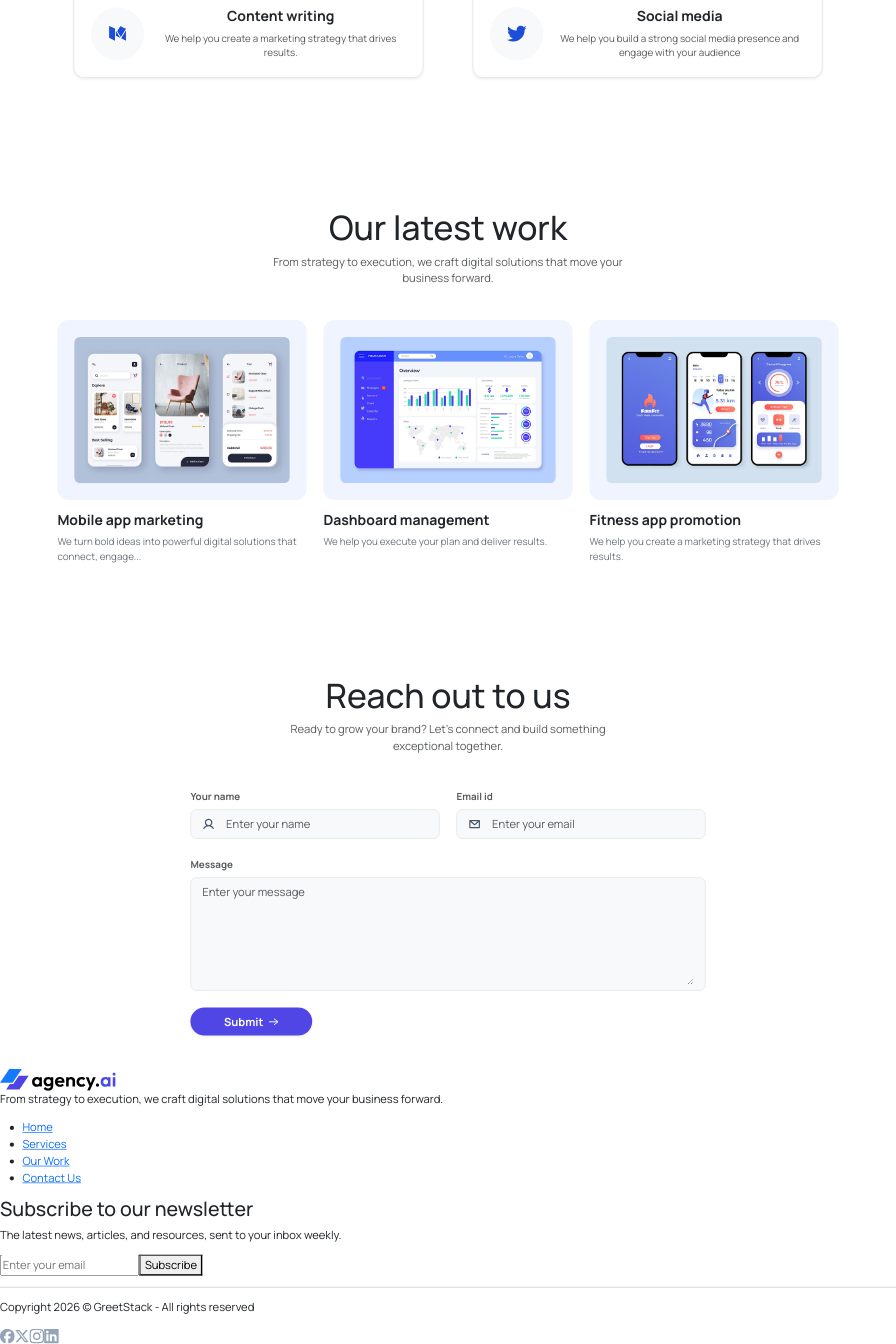
Repository: RAMADAN975/modern-agency-portfolio
Page: /
These files come from the project's save history. The page is drawn as it stood at one moment and after the next save; the edit follows.
The browser window is 1280 px wide. The pictures show the part of the page from y = 1665 to 3585 px (the page is 3585 px tall before and 3554 px after), at 70% of full size.
The project was rebuilt for these pictures with package versions that can differ from the ones it lists, and the page was loaded fresh each time. Also part of the build but not shown: vite.config.js.

Above is the page before, as saved 2026-03-24 23:19:26.

### index.html
<!doctype html>
<html lang="en" class="scroll-smooth">

<head>
  <meta charset="UTF-8" />
  <link rel="icon" type="image/svg+xml" href="/favicon.svg" />
  <meta name="viewport" content="width=device-width, initial-scale=1.0" />
  <title>Agency.AI - GreatStack</title>
</head>

<body>
  <div id="root"></div>
  <script type="module" src="/src/main.jsx"></script>
</body>

</html>

### src/main.jsx
import { StrictMode } from 'react'
import { createRoot } from 'react-dom/client'
import 'bootstrap/dist/css/bootstrap.min.css';
import './index.css'
import App from './App.jsx'

createRoot(document.getElementById('root')).render(
  <StrictMode>
    <App />
  </StrictMode>,
)

### src/App.jsx
import { useState } from 'react'
import Navbar from './Components/navbar'
import Hero from './Components/Hero'
import TrustedBy from './Components/TrustedBy'
import Services from './Components/Services'
import OutWork from './Components/OurWork'
import ContactUs from './Components/ContactUs'
import { Toaster } from 'react-hot-toast'
import Footer from './Components/Footer'

const App = () => {

  const [theme, setTheme] = useState(localStorage.getItem('theme') ? localStorage.getItem('theme') : 'light')

  return (
    <div className='dark:bg-black relative'>
      <Toaster />
      <Navbar theme={theme} setTheme={setTheme} />
      <Hero />
      <TrustedBy />
      <Services />
      <OutWork />
      <ContactUs />
      <Footer theme={theme} />
    </div>
  )
}

export default App

### src/Components/Hero.jsx
import React from 'react'
import assets from '../assets/assets'

const Hero = () => {
    return (
        // تم استخدام d-flex flex-column للترتيب، و py-5 للمسافات
        <div id='hero' className="d-flex flex-column align-items-center gap-4 py-5 px-3 text-center w-100 overflow-hidden text-secondary">

            {/* الشارة العليا - Trusted Badge */}
            <zdiv className="d-inline-flex align-items-center gap-2 border border-secondary-subtle p-1 pe-3 rounded-pill bg-body">
                <img style={{ width: '80px' }} src={assets.group_profile} alt="" />
                <p className="mb-0 small fw-medium">Trusted by 10k+ people</p>
            </zdiv>

            {/* العنوان الرئيسي - Heading */}
            <h1 className="display-4 fw-bold lh-sm mt-3" style={{ maxWidth: '800px' }}>
                Turning imagination into <br />
                <span className="text-gradient">digital</span> impact.
            </h1>

            {/* الوصف - Description */}
            <p className="text-secondary fw-medium mx-auto pb-3" style={{ maxWidth: '500px', fontSize: '1.1rem' }}>
                Creating meaningful connections and turning big ideas into interactive digital experiences.
            </p>

            {/* منطقة الصور - Image Section */}
            <div className="position-relative w-100 d-flex justify-content-center">
                {/* الصورة الأساسية */}
                <img src={assets.hero_img} alt="Hero" className="img-fluid position-relative z-1" style={{ maxWidth: '1000px' }} />

                {/* الصورة الزرقاء (الخلفية) - تم استخدام اختصارات الموضع */}
                {/* <img
                    src={assets.bgImage1}
                    alt=""
                    className="position-absolute top-0 end-0 translate-middle-y z-n1 d-none d-md-block"
                    style={{ width: '50%', opacity: 0.6, right: '-10%', pointerEvents: 'none' }}
                /> */}
            </div>

        </div>
    )
}

export default Hero

### src/Components/TrustedBy.jsx
import React from 'react'
import { company_logos } from '../assets/assets'

const TrustedBy = () => {
    return (
        <div className="container text-center py-5 mt-4">
            {/* p-small و fw-medium لاختصار العنوان */}
            <p className="text-secondary mb-5" style={{ fontSize: '14px', letterSpacing: '0.5px' }}>
                Trusted by Leading Companies
            </p>

            {/* d-flex مع gap-5 لتوزيع الشعارات بوضوح وقوة لون كاملة */}
            <div className="d-flex flex-wrap justify-content-center align-items-center gap-4 gap-md-5">
                {company_logos.map((logo, index) => (
                    <img
                        key={index}
                        src={logo}
                        alt="brand"
                        style={{ height: '22px', width: 'auto', objectFit: 'contain' }}
                    />
                ))}
            </div>
        </div>
    )
}

export default TrustedBy

### src/Components/Services.jsx
import React from 'react'
import assets from '../assets/assets'
import Title from './Title'
import ServiceCard from './ServiceCard'

const Services = () => {

    const servicesData = [
        {
            title: 'Advertising',
            description: 'We turn bold ideas into powerful digital solutions that connect, engage...',
            icon: assets.ads_icon
        },
        {
            title: 'Content marketing',
            description: 'We help you execute your plan and deliver results.',
            icon: assets.marketing_icon
        },
        {
            title: 'Content writing',
            description: 'We help you create a marketing strategy that drives results.',
            icon: assets.content_icon
        },
        {
            title: 'Social media',
            description: 'We help you build a strong social media presence and engage with your audience',
            icon: assets.social_icon
        },
    ]

    return (
        <div id="services" className="position-relative text-center text-dark py-5">

            {/* <img
                src={assets.bgImage2}
                alt=""
                className="position-absolute top-50 start-50 translate-middle bg-image"
                style={{ zIndex: -1 }}
            /> */}

            <div className="container">

                <Title
                    title="How can we help?"
                    desc="From strategy to execution, we craft digital solutions that move your business forward."
                />

                <div className="row justify-content-center mt-4">
                    {servicesData.map((service, index) => (
                        <div key={index} className="col-12 col-md-6 mb-4">
                            <ServiceCard service={service} index={index} />
                        </div>
                    ))}
                </div>

            </div>
        </div>
    )
}

export default Services

### src/Components/OurWork.jsx
import React from 'react'
import Title from './Title'
import assets from '../assets/assets'

const OutWork = () => {

    const workData = [
        {
            title: 'Mobile app marketing',
            description: 'We turn bold ideas into powerful digital solutions that connect, engage...',
            image: assets.work_mobile_app
        },
        {
            title: 'Dashboard management',
            description: 'We help you execute your plan and deliver results.',
            image: assets.work_dashboard_management
        },
        {
            title: 'Fitness app promotion',
            description: 'We help you create a marketing strategy that drives results.',
            image: assets.work_fitness_app
        },
    ]

    return (
        <div id='our-work' className="container py-5 my-5">
            {/* مكون العنوان الرئيسي */}
            <Title
                title='Our latest work'
                desc='From strategy to execution, we craft digital solutions that move your business forward.'
            />

            {/* شبكة الأعمال باستخدام Row و Col الخاصة ببوتستراب */}
            <div className="row g-4 mt-4">
                {workData.map((work, index) => (
                    <div key={index} className="col-12 col-md-6 col-lg-4">
                        <div className="h-100 border-0">

                            {/* حاوية الصورة: خلفية زرقاء خفيفة، حواف دائرية، وتوسيط محتوى */}
                            <div className="d-flex justify-content-center align-items-center p-4 mb-3 rounded-4"
                                style={{ backgroundColor: '#F0F4FF' }}>
                                <img
                                    src={work.image}
                                    className="img-fluid rounded-3"
                                    alt={work.title}
                                />
                            </div>

                            {/* النصوص أسفل الصورة */}
                            <div className="text-start">
                                <h3 className="h5 fw-bold mb-2">{work.title}</h3>
                                <p className="text-secondary small lh-base">{work.description}</p>
                            </div>
                        </div>
                    </div>
                ))}
            </div>
        </div>
    )
}

export default OutWork

### src/Components/Footer.jsx
import React from 'react'
import assets from '../assets/assets'

const Footer = ({ theme }) => {
    return (
        <div className=''>
            {/* footer top */}
            <div className=''>
                <div className=''>
                    <img src={theme === 'dark' ? assets.logo_dark : assets.logo} className='' alt="" />
                    <p className=''>From strategy to execution, we craft digital solutions that move your business forward.</p>

                    <ul className=''>
                        <li><a className='' href="#hero">Home</a></li>
                        <li><a className='' href="#services">Services</a></li>
                        <li><a className='' href="#our-work">Our Work</a></li>
                        <li><a className='' href="#contact-us">Contact Us</a></li>
                    </ul>
                </div>
                <div className=''>
                    <h3 className=''>Subscribe to our newsletter</h3>
                    <p className=''>The latest news, articles, and resources, sent to your inbox weekly.</p>
                    <div className=''>
                        <input type="email" placeholder='Enter your email' className='' />
                        <button className=''>Subscribe</button>
                    </div>
                </div>
            </div>
            <hr className='' />

            {/* footer bottom */}
            <div className=''>
                <p className=''>Copyright 2026 © GreetStack - All rights reserved</p>
                <div className=''>
                    <img src={assets.facebook_icon} alt="" />
                    <img src={assets.twitter_icon} alt="" />
                    <img src={assets.instagram_icon} alt="" />
                    <img src={assets.linkedin_icon} alt="" />
                </div>
            </div>
        </div>
    )
}

export default Footer

### src/Components/ThemeToggleBtn.jsx
import { useEffect } from 'react'
import assets from '../assets/assets'

const ThemeToggleBtn = ({ theme, setTheme }) => {

    useEffect(() => {
        // التحقق من التفضيل المحفوظ أو تفضيل النظام
        const savedTheme = localStorage.getItem('theme');
        const prefersDarkMode = window.matchMedia('(prefers-color-scheme: dark)').matches;

        const initialTheme = savedTheme || (prefersDarkMode ? 'dark' : 'light');
        setTheme(initialTheme);
    }, []);

    useEffect(() => {
        if (theme) {
            // بوتستراب v5.3 يعتمد على سمة data-bs-theme بدلاً من كلاس dark
            document.documentElement.setAttribute('data-bs-theme', theme);

            // للحفاظ على التوافق مع أي تنسيقات قديمة تعتمد على الكلاس
            if (theme === 'dark') {
                document.documentElement.classList.add('dark');
            } else {
                document.documentElement.classList.remove('dark');
            }

            localStorage.setItem('theme', theme);
        }
    }, [theme]);

    return (
        <button className="btn p-0 border-0 shadow-none" type="button">
            {theme === 'dark' ? (
                <img
                    onClick={() => setTheme('light')}
                    src={assets.sun_icon}
                    className="border border-secondary rounded-circle p-1"
                    style={{ width: '34px', height: '34px', objectFit: 'contain' }}
                    alt="Light Mode"
                />
            ) : (
                <img
                    onClick={() => setTheme('dark')}
                    src={assets.moon_icon}
                    className="border border-secondary rounded-circle p-1"
                    style={{ width: '34px', height: '34px', objectFit: 'contain' }}
                    alt="Dark Mode"
                />
            )}
        </button>
    )
}

export default ThemeToggleBtn;

### src/Components/Title.jsx
import React from 'react'

const Title = ({ title, desc }) => {
    return (
        <div className="text-center">
            <h2 className="fw-medium display-5">{title}</h2>
            <p className="mx-auto text-muted mb-4" style={{ maxWidth: "500px" }}>
                {desc}
            </p>
        </div>
    )
}

export default Title

### src/Components/ServiceCard.jsx
import React, { useRef, useState } from 'react'

const ServiceCard = ({ service, index }) => {

    const [position, setPosition] = useState({ x: 0, y: 0 })
    const [visible, setVisible] = useState(false)

    const divRef = useRef(null)

    const handleMouseMove = (e) => {
        const bounds = divRef.current.getBoundingClientRect()
        setPosition({
            x: e.clientX - bounds.left,
            y: e.clientY - bounds.top
        })
    }

    return (
        <div
            className="position-relative overflow-hidden card shadow-sm border mb-3 mx-auto"
            style={{ maxWidth: "500px", borderRadius: "15px" }}
            onMouseEnter={() => setVisible(true)}
            onMouseLeave={() => setVisible(false)}
            onMouseMove={handleMouseMove}
            ref={divRef}
        >

            {/* Glow Effect */}
            <div
                className="position-absolute rounded-circle"
                style={{
                    width: "300px",
                    height: "300px",
                    background: "linear-gradient(to right, #0d6efd, #6610f2, #6f42c1)",
                    filter: "blur(100px)",
                    top: position.y - 150,
                    left: position.x - 150,
                    opacity: visible ? 0.6 : 0,
                    transition: "opacity 0.5s",
                    zIndex: 0
                }}
            />

            <div className="d-flex align-items-center p-4 position-relative" style={{ zIndex: 1 }}>

                <div className="bg-light rounded-circle p-2 me-3">
                    <img
                        src={service.icon}
                        alt=""
                        style={{ width: "60px", height: "60px", borderRadius: "50%" }}
                    />
                </div>

                <div className="flex-grow-1">
                    <h5 className="fw-bold">{service.title}</h5>
                    <p className="mb-0 small text-muted">{service.description}</p>
                </div>

            </div>

        </div>
    )
}

export default ServiceCard

Loaded but not shown: src/assets/assets.js (82 lines, source omitted); src/Components/ContactUs.jsx (77 lines, source omitted); src/index.css (140 lines, source omitted); src/Components/navbar.jsx (57 lines, source omitted)

After the next save:
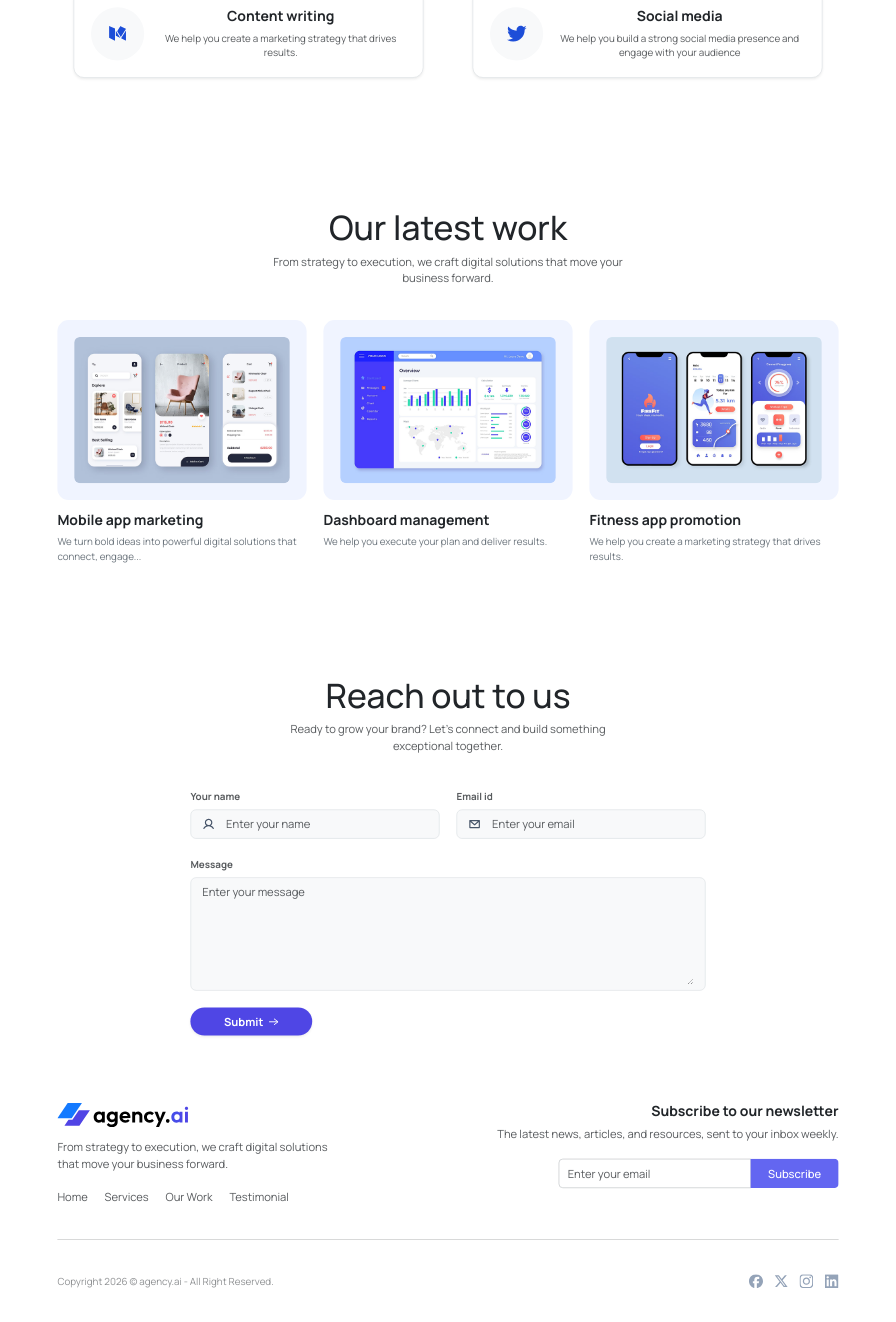
Saved 6 min 10 s later.
--- a/src/Components/Footer.jsx
+++ b/src/Components/Footer.jsx
@@ -3,39 +3,68 @@
 
 const Footer = ({ theme }) => {
     return (
-        <div className=''>
-            {/* footer top */}
-            <div className=''>
-                <div className=''>
-                    <img src={theme === 'dark' ? assets.logo_dark : assets.logo} className='' alt="" />
-                    <p className=''>From strategy to execution, we craft digital solutions that move your business forward.</p>
+        <div className={`container-fluid py-5 ${theme === 'dark' ? 'bg-dark text-white' : 'bg-white text-dark'}`}>
+            <div className="container">
+                {/* الجزء العلوي - Footer Top */}
+                <div className="row gy-5 align-items-start">
 
-                    <ul className=''>
-                        <li><a className='' href="#hero">Home</a></li>
-                        <li><a className='' href="#services">Services</a></li>
-                        <li><a className='' href="#our-work">Our Work</a></li>
-                        <li><a className='' href="#contact-us">Contact Us</a></li>
-                    </ul>
-                </div>
-                <div className=''>
-                    <h3 className=''>Subscribe to our newsletter</h3>
-                    <p className=''>The latest news, articles, and resources, sent to your inbox weekly.</p>
-                    <div className=''>
-                        <input type="email" placeholder='Enter your email' className='' />
-                        <button className=''>Subscribe</button>
+                    {/* الجهة اليسرى: اللوجو والروابط */}
+                    <div className="col-md-6 text-start">
+                        <img
+                            src={theme === 'dark' ? assets.logo_dark : assets.logo}
+                            className="mb-3"
+                            alt="Logo"
+                            style={{ height: '35px' }}
+                        />
+                        <p className="opacity-75 mb-4" style={{ maxWidth: '400px' }}>
+                            From strategy to execution, we craft digital solutions that move your business forward.
+                        </p>
+
+                        <ul className="list-unstyled d-flex gap-4 mb-0">
+                            <li><a className="text-decoration-none text-reset opacity-75" href="#hero">Home</a></li>
+                            <li><a className="text-decoration-none text-reset opacity-75" href="#services">Services</a></li>
+                            <li><a className="text-decoration-none text-reset opacity-75" href="#our-work">Our Work</a></li>
+                            <li><a className="text-decoration-none text-reset opacity-75" href="#contact-us">Testimonial</a></li>
+                        </ul>
+                    </div>
+
+                    {/* الجهة اليمنى: الاشتراك في النشرة البريدية */}
+                    <div className="col-md-6 text-md-end text-start">
+                        <h5 className="fw-bold mb-2">Subscribe to our newsletter</h5>
+                        <p className="opacity-75 mb-4">The latest news, articles, and resources, sent to your inbox weekly.</p>
+
+                        <div className="d-flex justify-content-md-end">
+                            <div className="input-group" style={{ maxWidth: '400px' }}>
+                                <input
+                                    type="email"
+                                    placeholder="Enter your email"
+                                    className={`form-control border-secondary-subtle py-2 shadow-none ${theme === 'dark' ? 'bg-transparent text-white' : ''}`}
+                                />
+                                <button
+                                    className="btn px-4 fw-medium text-white"
+                                    style={{ backgroundColor: '#6366f1' }}
+                                >
+                                    Subscribe
+                                </button>
+                            </div>
+                        </div>
                     </div>
                 </div>
-            </div>
-            <hr className='' />
 
-            {/* footer bottom */}
-            <div className=''>
-                <p className=''>Copyright 2026 © GreetStack - All rights reserved</p>
-                <div className=''>
-                    <img src={assets.facebook_icon} alt="" />
-                    <img src={assets.twitter_icon} alt="" />
-                    <img src={assets.instagram_icon} alt="" />
-                    <img src={assets.linkedin_icon} alt="" />
+                <hr className="my-5 opacity-25" />
+
+                {/* الجزء السفلي - Footer Bottom */}
+                <div className="d-flex flex-column flex-md-row justify-content-between align-items-center gap-3">
+                    <p className="small opacity-50 mb-0">
+                        Copyright 2026 © agency.ai - All Right Reserved.
+                    </p>
+
+                    <div className="d-flex gap-3 social-icons">
+                        <img src={assets.facebook_icon} alt="Facebook" className="opacity-75" style={{ width: '20px', cursor: 'pointer' }} />
+                        <img src={assets.twitter_icon} alt="Twitter" className="opacity-75" style={{ width: '20px', cursor: 'pointer' }} />
+                        <img src={assets.instagram_icon} alt="Instagram" className="opacity-75" style={{ width: '20px', cursor: 'pointer' }} />
+                        <img src={assets.linkedin_icon} alt="LinkedIn" className="opacity-75" style={{ width: '20px', cursor: 'pointer' }} />
+                    </div>
                 </div>
             </div>
         </div>
